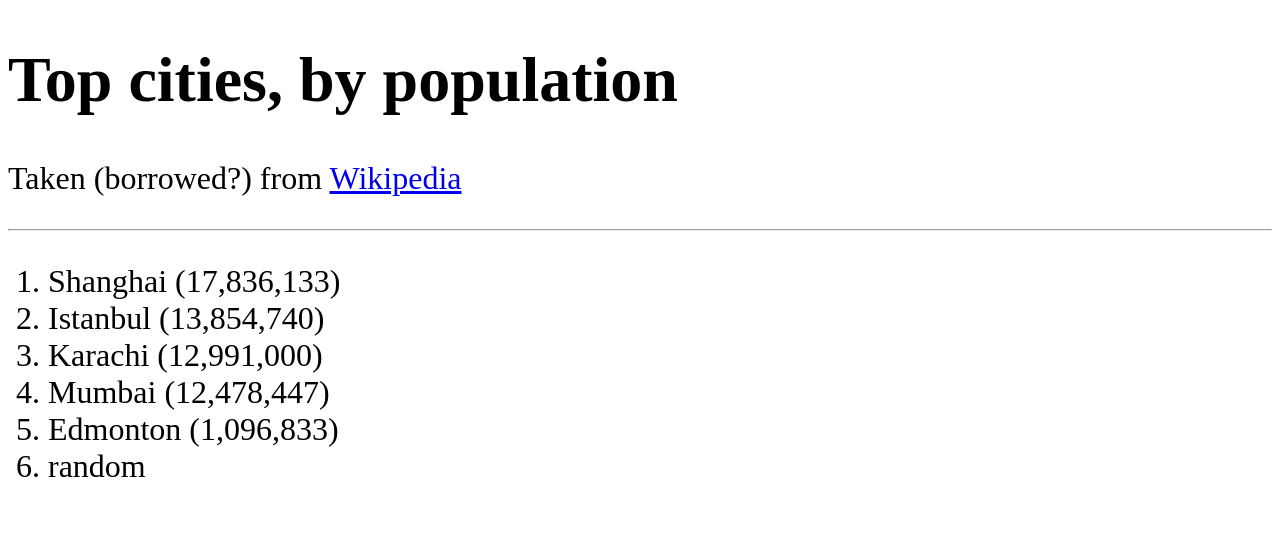
Repository: Sohaib-GO/git-mania
Page: cities.html
The author's editor kept a copy of each file at every save. The page is drawn from the files as they stood at one save, then again after the next save.
The browser window is 1280 px wide. The pictures show the whole page.

Above is the page before, as saved 2022-12-17 17:17:05.

### cities.html
<!DOCTYPE html>
<html>
<head>
  <title>Git Collab Exercise</title>
  <style type="text/css">
    body {
      font-size: 2.0em;
    }
  </style>
</head>
<body>

  <h1>Top cities, by population</h1>

  <p>
    Taken (borrowed?) from
    <a href="http://en.wikipedia.org/wiki/List_of_cities_proper_by_population" target="_blank">
      Wikipedia
    </a>
  </p>

  <hr/>

  <ol>
    <li>Shanghai (17,836,133)</li>
    <li>Istanbul (13,854,740)</li>
    <li>Karachi  (12,991,000)</li>
    <li>Mumbai   (12,478,447)</li>
    <li>Edmonton (1,096,833)</li>
    <li>random</li>
  </ol>

</body>
</html>

After the next save:
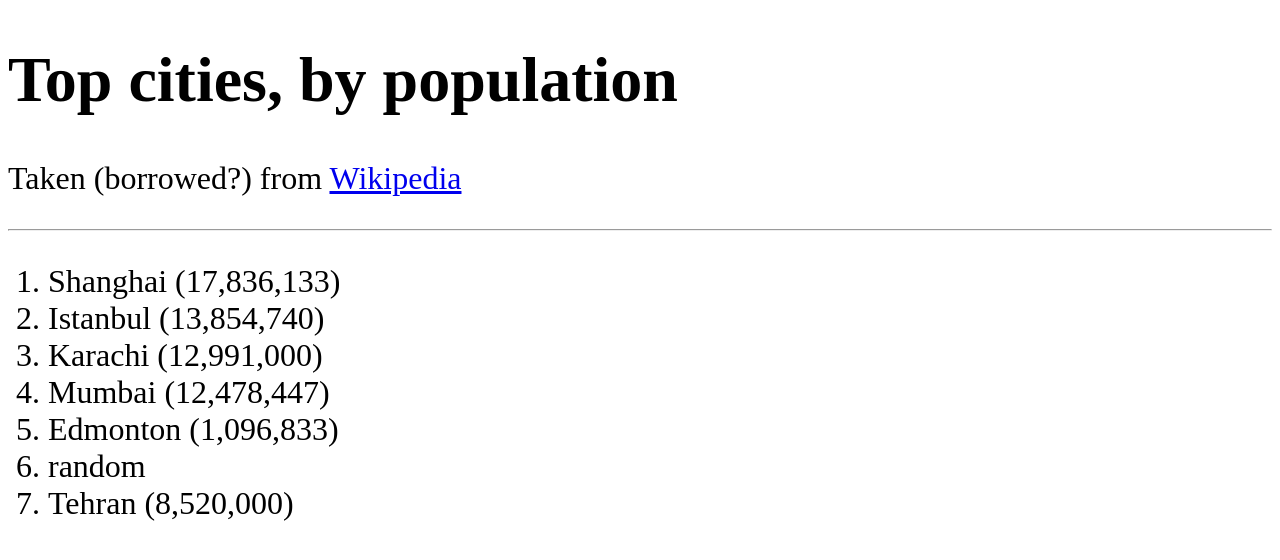
Saved 4 min 3 s later.
--- a/cities.html
+++ b/cities.html
@@ -28,6 +28,7 @@
     <li>Mumbai   (12,478,447)</li>
     <li>Edmonton (1,096,833)</li>
     <li>random</li>
+    <li>Tehran   (8,520,000)</li>
   </ol>
 
 </body>
